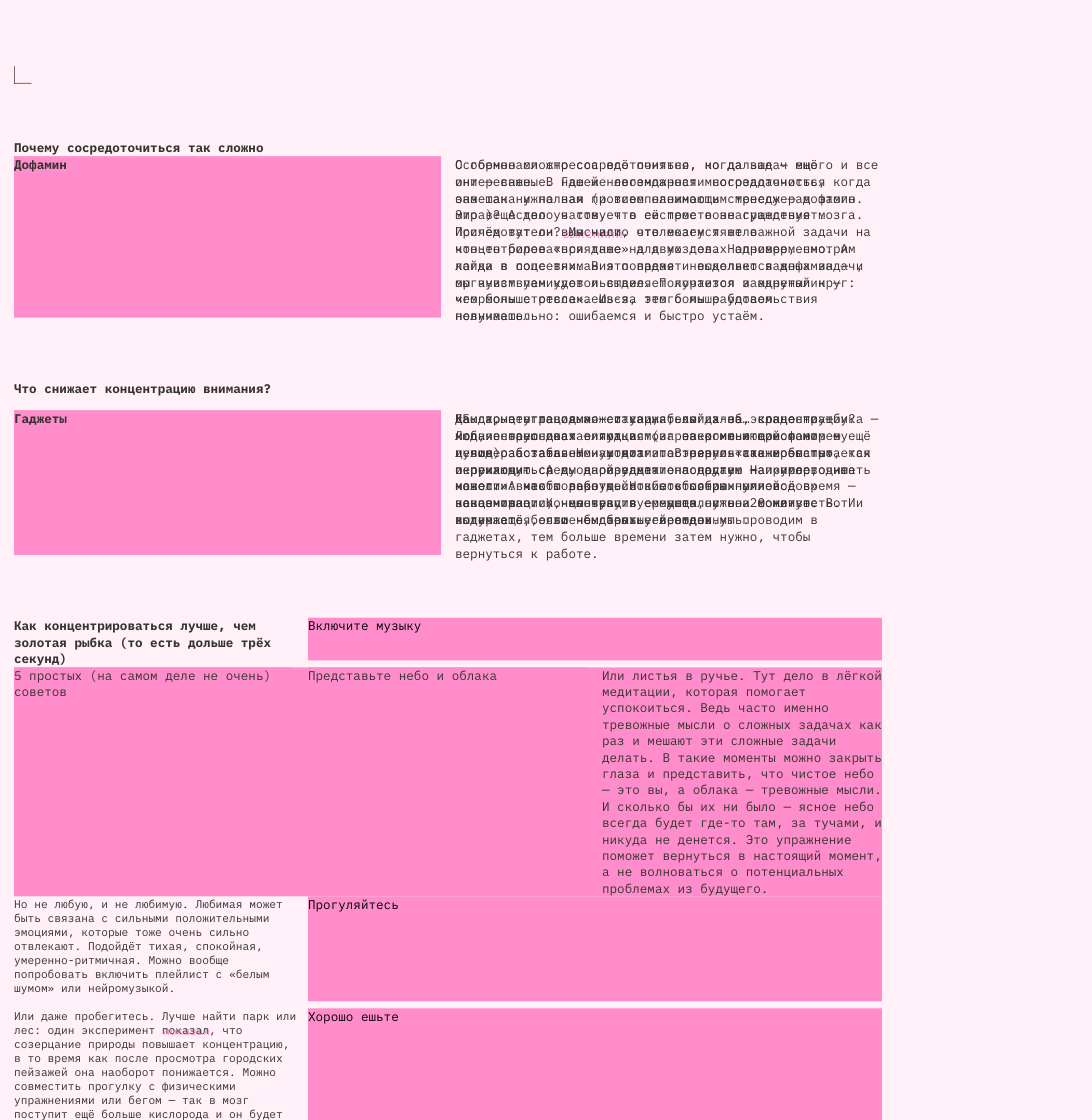
Repository: NikWolf75/slozhno-sosredotochitsya-fd
Page: index.html
The author's editor kept a copy of each file at every save. The page is drawn from the files as they stood at one save, then again after the next save.
The browser window is 1280 px wide. The page is 1560 px wide, so the pictures cover 1560 px, including what lies to the right of the window. The pictures show the part of the page from y = 629 to 2229 px (the page is 7200 px tall before and 7181 px after), at 70% of full size.

Above is the page before, as saved 2025-02-27 23:28:36.

After the next save:
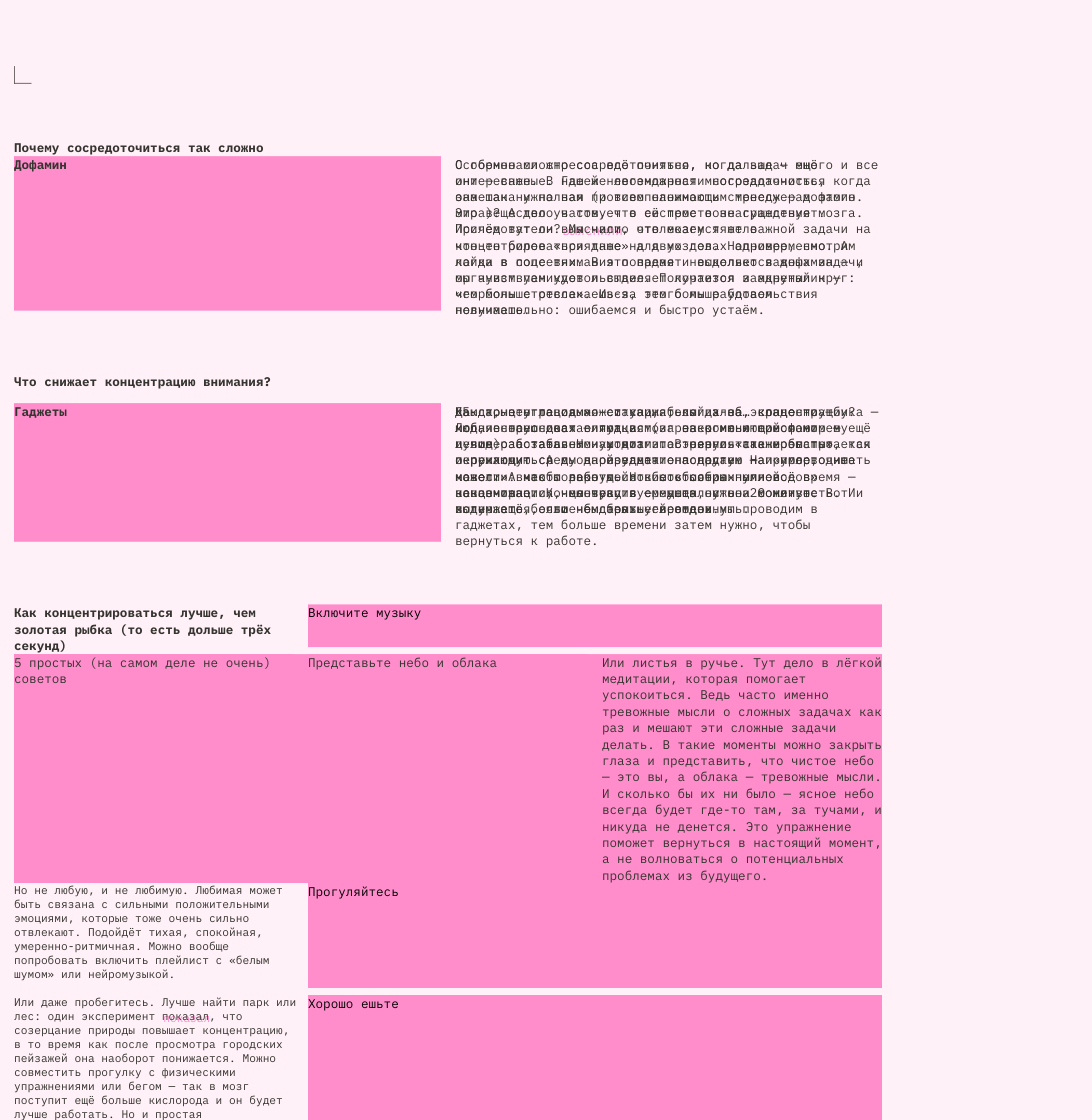
Saved 4 s later.
--- a/styles/style.css
+++ b/styles/style.css
@@ -346,7 +346,7 @@
   font-family: var(--main-font), monospace;
   font-size: 18px;
   font-weight: 700;
-  line-height: 24px;
+  line-height: 23px;
   color: var(--answer-short-text-color);
 }
 
